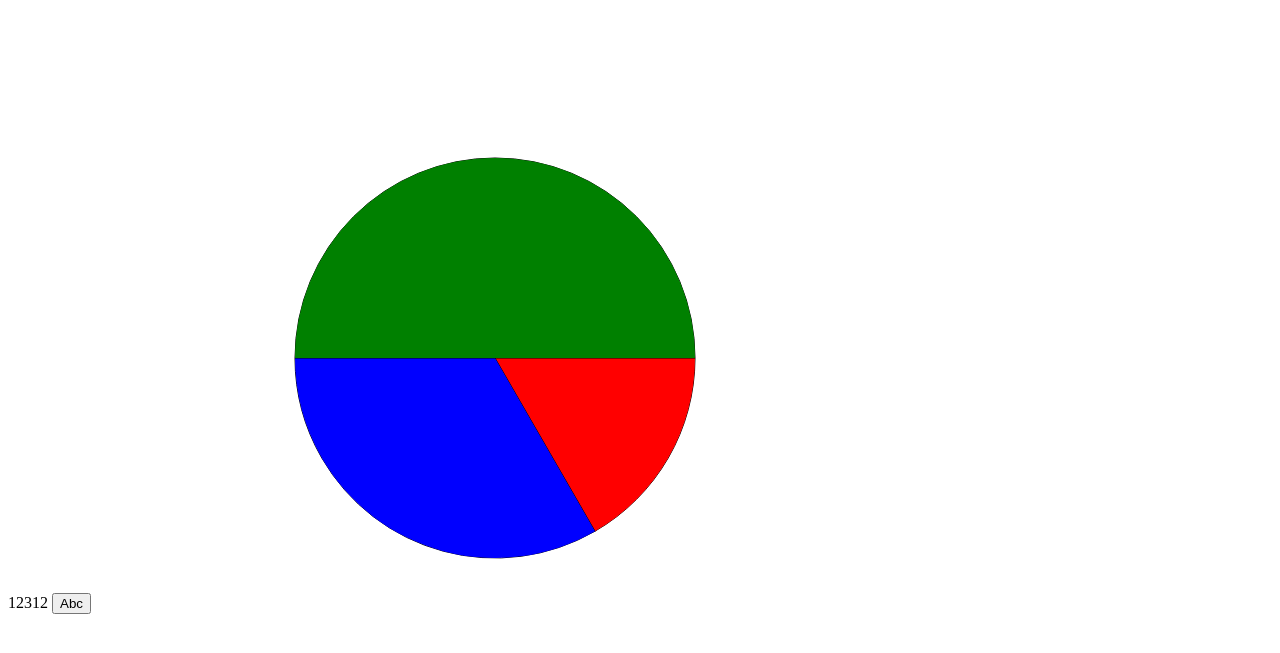
Repository: ycdtc/movie
Page: aaa/WebContent/index.html
The author's editor kept a copy of each file at every save. The page is drawn from the files as they stood at one save, then again after the next save.
The browser window is 1280 px wide. The pictures show the whole page.
After loading, the first visible `#abc` was clicked once.

Above is the page before, as saved 2017-06-20 07:23:52.

### aaa/WebContent/index.html
                                                                                                                                                                                                                                                                                                                                                                                                                                                                                                                                                                                                                                                                                                                                                                                                                                                                                                                                                                                                                                                                                                                                                                                                                                                                                                                                                                                                                                                                                                                                                                                                                                                                                                                                                                                                                                                                                                                                                                                                                                                                                                                                                                                                                                                                                                                                                                                                                                                                                                                               <!DOCTYPE html><html>
<head>
<meta charset="UTF-8">
<script type="text/javascript" src="javascript/jquery.min.js"></script>
<script type="text/javascript" src="javascript/base.js"></script>
<title>Insert title here</title>
</head>
<body>
12312
<button id="abc">Abc</button>
<canvas id="can1" height="600" width="800"></canvas>
</body>
<script>
	$("#abc").click(function(e){
		//location.href = "hr.html?id=123"
		drawPie("can1",[10,20,30],["abc","123","666"]);
	});


</script>
</html>

### aaa/WebContent/javascript/base.js
/**
 *
 */
function getRequest() {
	var url = location.search;
	var paras = url.substr(1).split("&");
	var res = new Object();
	for(var i=0;i<paras.length;i++){
		res[paras[i].split("=")[0]] = paras[i].split("=")[1];
	}
	return res;
}

function drawPie(chart,value,name){
	var can = document.getElementById(chart);
	var ctx = can.getContext("2d");
	var start = 0;
	var end = 0;
	ctx.translate(400,350);
	var sum = 0;
	for(var i=0;i<value.length;i++){
		sum += value[i];
	}
	var colors = ["red","blue","green","black"];
	for(var i=0;i<value.length;i++){
		start = end;
		end += value[i]/sum * 2 * Math.PI;
		ctx.fillStyle = colors[i];
		ctx.beginPath();
		ctx.moveTo(0,0);
		ctx.arc(0,0,200,start,end);
		ctx.closePath();
		ctx.stroke();
		ctx.fill();
	}

	for(var i=0;i<value.length;i++){

	}
}

Loaded but not shown: aaa/WebContent/javascript/jquery.min.js (library)

After the next save:
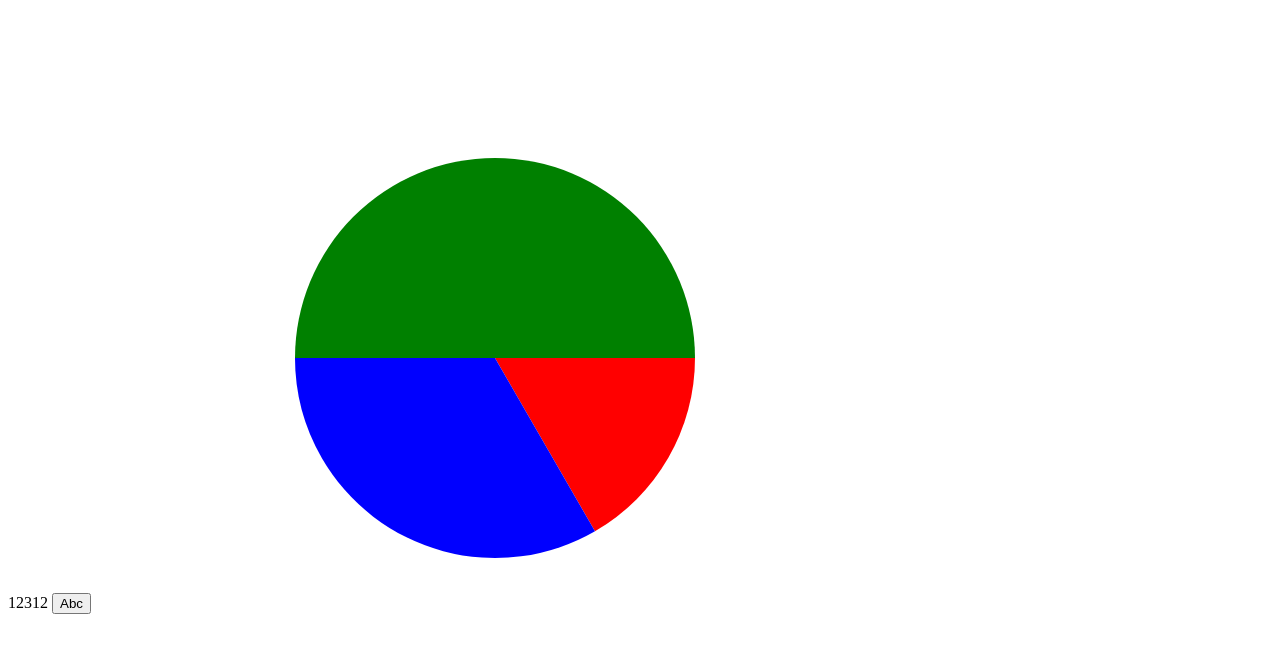
Saved 28 s later.
--- a/aaa/WebContent/javascript/base.js
+++ b/aaa/WebContent/javascript/base.js
@@ -30,7 +30,7 @@ function drawPie(chart,value,name){
 		ctx.moveTo(0,0);
 		ctx.arc(0,0,200,start,end);
 		ctx.closePath();
-		ctx.stroke();
+		//ctx.stroke();
 		ctx.fill();
 	}
 
